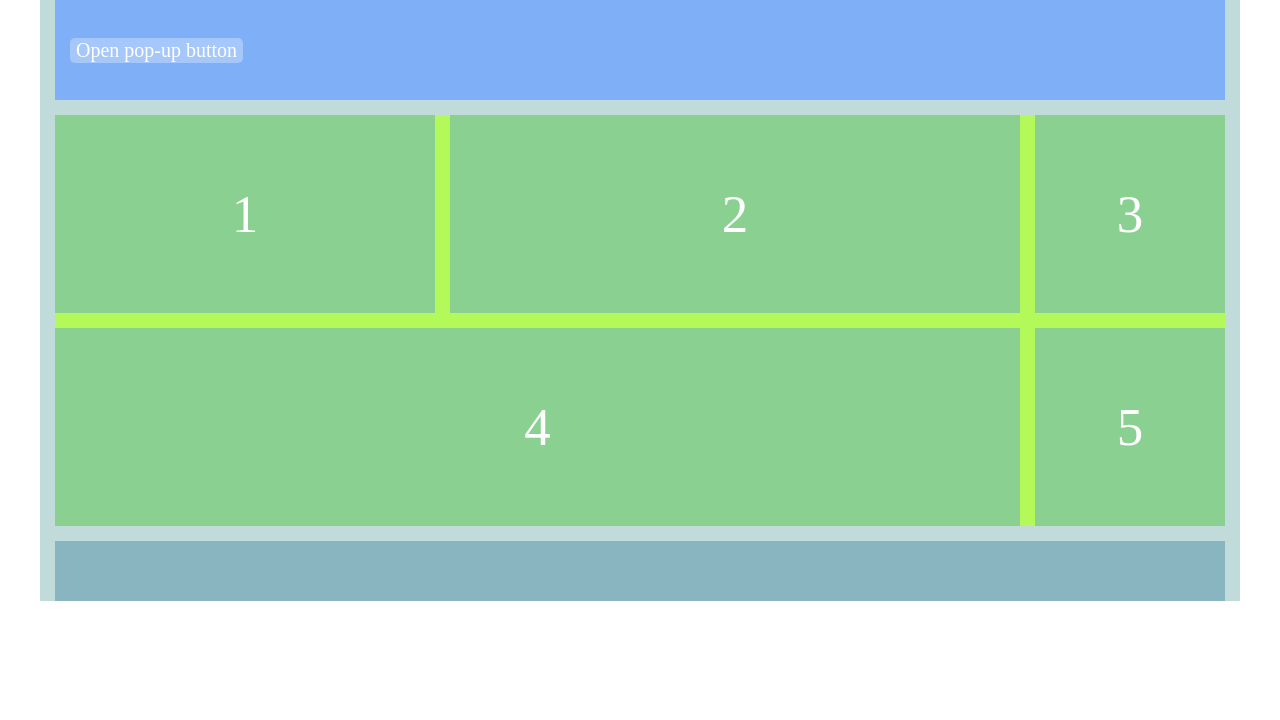
Repository: Evgenius190999999/nodasoft
Page: index.html
These files come from the project's save history. The page is drawn as it stood at one moment and after the next save; the edit follows.
The browser window is 1280 px wide. The pictures show the whole page.
Some web libraries are served in a nearby version. The style sheet was rebuilt from its Sass, Less or Tailwind sources for each picture, by a compiler version that may differ from the author's.

Above is the page before, as saved 2022-07-08 15:38:26.

After the next save:
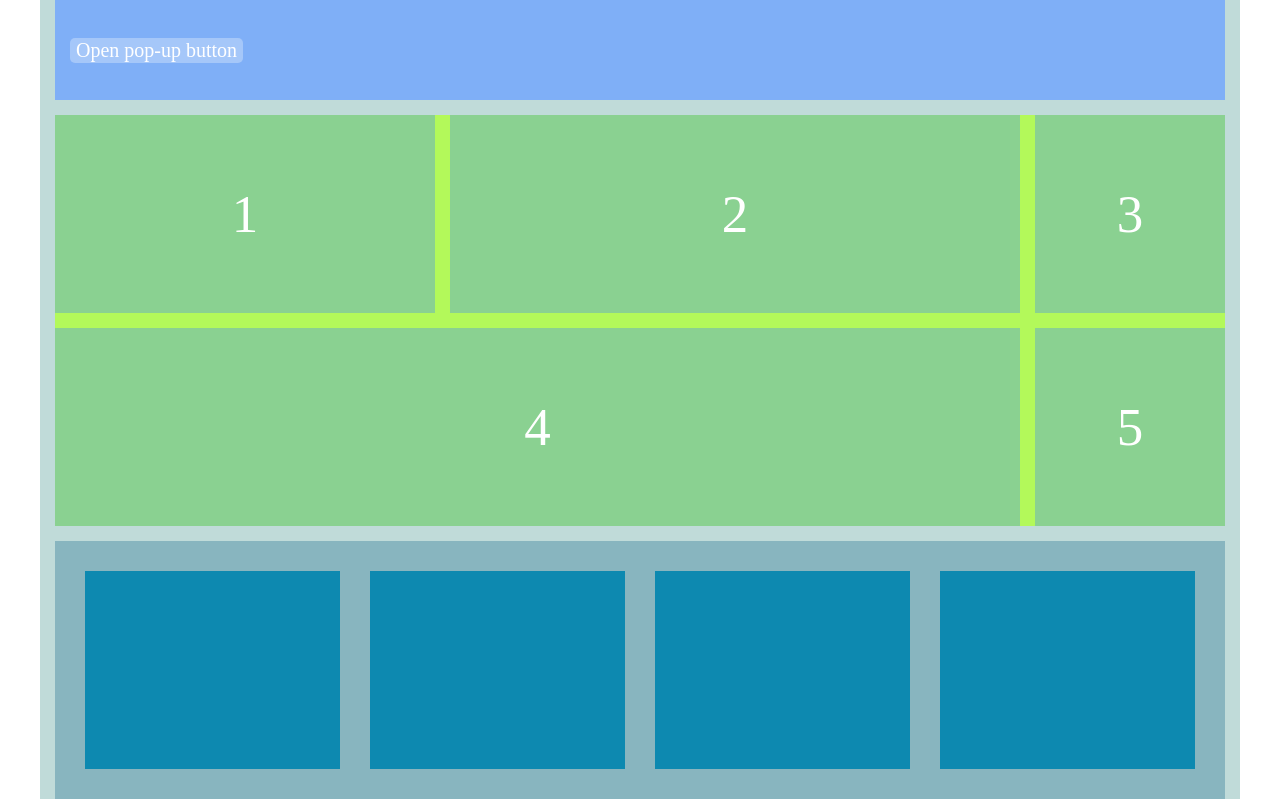
Saved 6 s later.
--- a/style/sass/style.sass
+++ b/style/sass/style.sass
@@ -60,12 +60,11 @@
     display: flex
     background: #88B5BF
     div
-        flex: 255 198
-        // height: 198px
+        height: 198px
         background: #0D89B0
         margin: 30px 15px 30px 15px
-        // max-width: 255px
-        // width: 100%
+        max-width: 255px
+        width: 100%
         &:first-child
             margin-left: 30px
         &:last-child

After the save that followed:
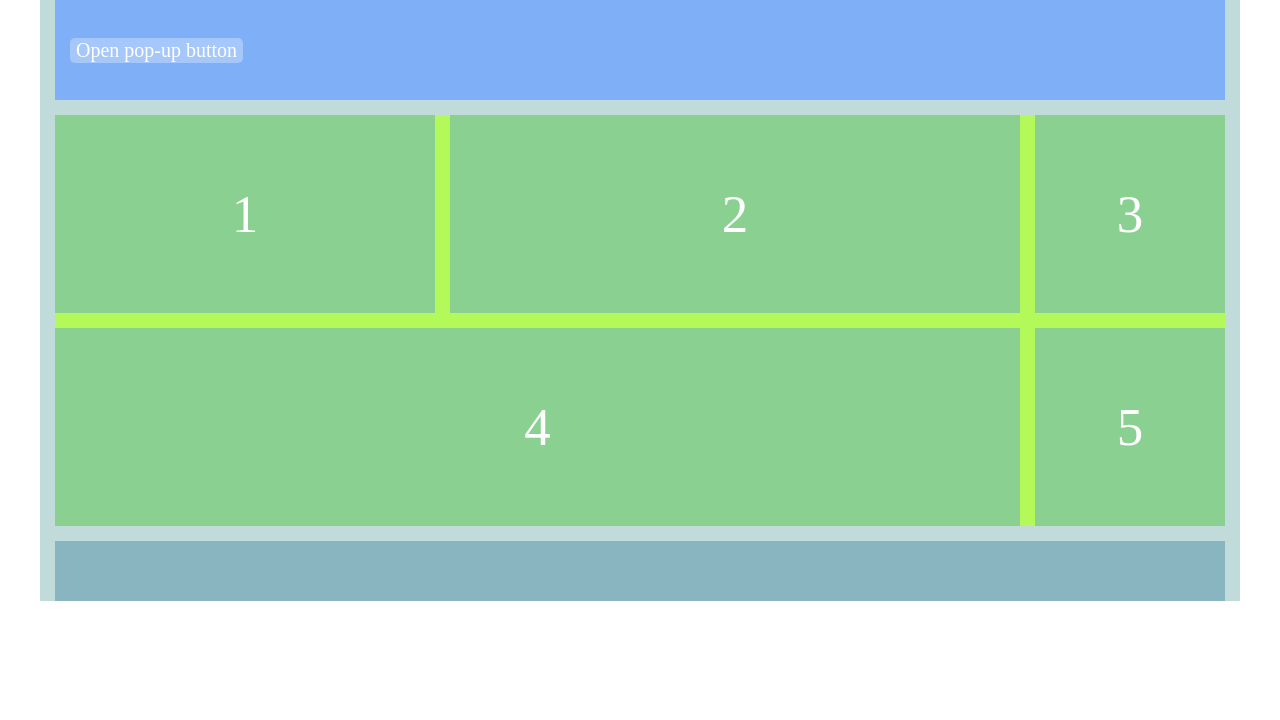
Saved 66 s later.
--- a/style/sass/style.sass
+++ b/style/sass/style.sass
@@ -60,7 +60,7 @@
     display: flex
     background: #88B5BF
     div
-        height: 198px
+        height: 100%
         background: #0D89B0
         margin: 30px 15px 30px 15px
         max-width: 255px
